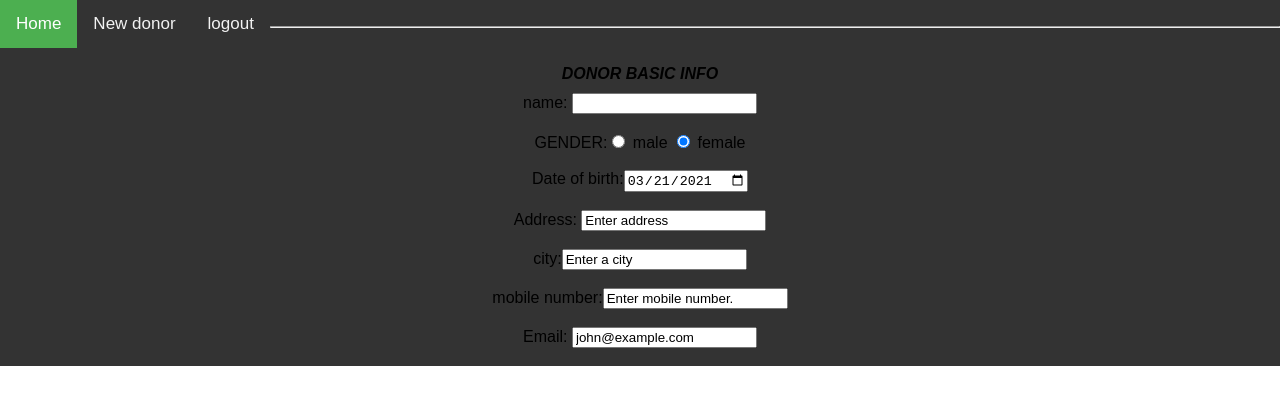
Repository: Datta2901/ubuntu
Page: random/blood.html
The author's editor kept a copy of each file at every save. The page is drawn from the files as they stood at one save, then again after the next save.
The browser window is 1280 px wide. The pictures show the whole page.

Above is the page before, as saved 2021-03-24 09:29:54.

After the next save:
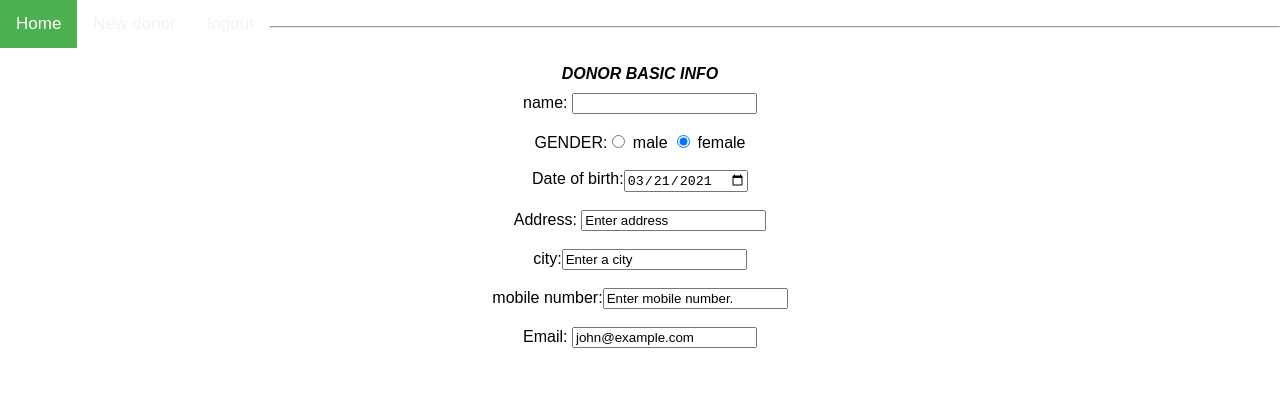
Saved 7 s later.
--- a/random/blood.html
+++ b/random/blood.html
@@ -13,7 +13,7 @@
 
             .topnav {
               overflow: hidden;
-              background-color: #333;
+
             }
 
             .topnav a {
